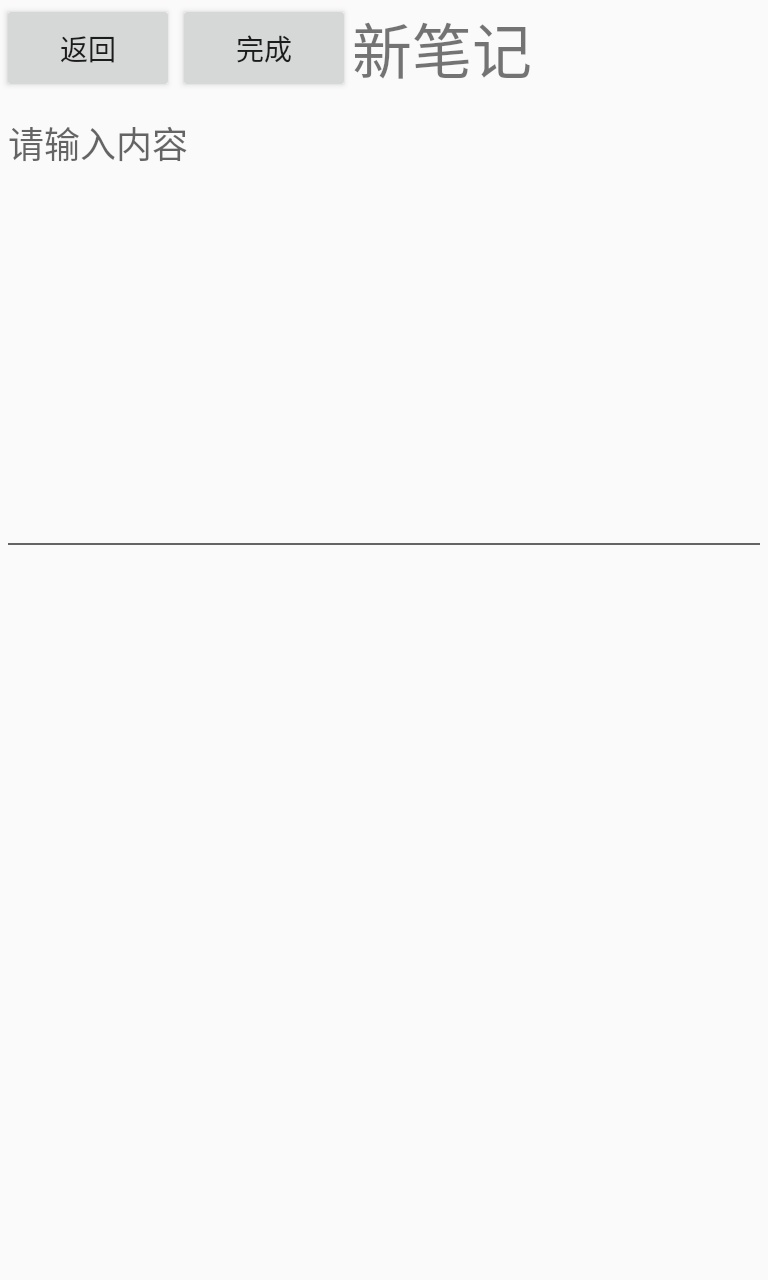
Repository: mxfpaul/Test
Layout: Note/MyNote2/res/layout/newnote.xml
These files come from the project's save history. The layout is drawn as it stood at one moment and after the next save; the edit follows.
It is drawn on a 768 x 1280 px phone screen (xhdpi) without system bars, with theme AppTheme; the app's code is not run.

Above is the layout before, as saved 2014-11-22 03:08:50.

### Note/MyNote2/res/layout/newnote.xml
<?xml version="1.0" encoding="utf-8"?>
<LinearLayout xmlns:android="http://schemas.android.com/apk/res/android"
    android:layout_width="match_parent"
    android:layout_height="wrap_content"
    android:orientation="vertical" >

    <LinearLayout
        android:layout_width="match_parent"
        android:layout_height="wrap_content"
        android:orientation="horizontal"
        >
        <Button
		    android:id="@+id/new_button_setting"
		    android:layout_width="wrap_content"
		    android:layout_height="wrap_content"
		    android:text="@string/new_button_text1" />

        <Button
            android:id="@+id/new_button_new"
            android:layout_width="wrap_content"
            android:layout_height="wrap_content"
            android:text="@string/new_button_text2" />

        <TextView
            android:id="@+id/new_textview_all"
            android:layout_width="wrap_content"
            android:layout_height="wrap_content"
            android:layout_gravity="center"
            android:text="@string/new_textview_text"
            android:textSize="30sp" />

    </LinearLayout>


        <EditText
            android:id="@+id/new_edittext_content"
            android:layout_width="match_parent"
            android:layout_height="wrap_content"
            android:ems="10"
            android:gravity="top"
            android:hint="@string/new_edittext_text"
            android:lines="10" />

</LinearLayout>

### Note/MyNote2/res/values/strings.xml
<?xml version="1.0" encoding="utf-8"?>
<resources>

    <string name="app_name">MyNote2</string>
    <string name="hello_world">Hello world!</string>
    <string name="action_settings">Settings</string>
    <string name="home_button_text1">设置</string>
    <string name="home_button_text2">新建</string>
    <string name="home_textview_text">全部笔记</string>
    <string name="new_button_text1">返回</string>
    <string name="new_button_text2">完成</string>
    <string name="new_textview_text">新笔记</string>
    <string name="view_button_text1">返回</string>
    <string name="view_button_text2">更改</string>
    <string name="view_textview_text">待录入</string>
    <string name="new_edittext_text">请输入内容</string>

</resources>

Loaded but not shown: Note/MyNote2/res/values/styles.xml (common file); Note/MyNote2/res/values-v11/styles.xml (common file); Note/MyNote2/res/values-v14/styles.xml (common file)

After the next save:
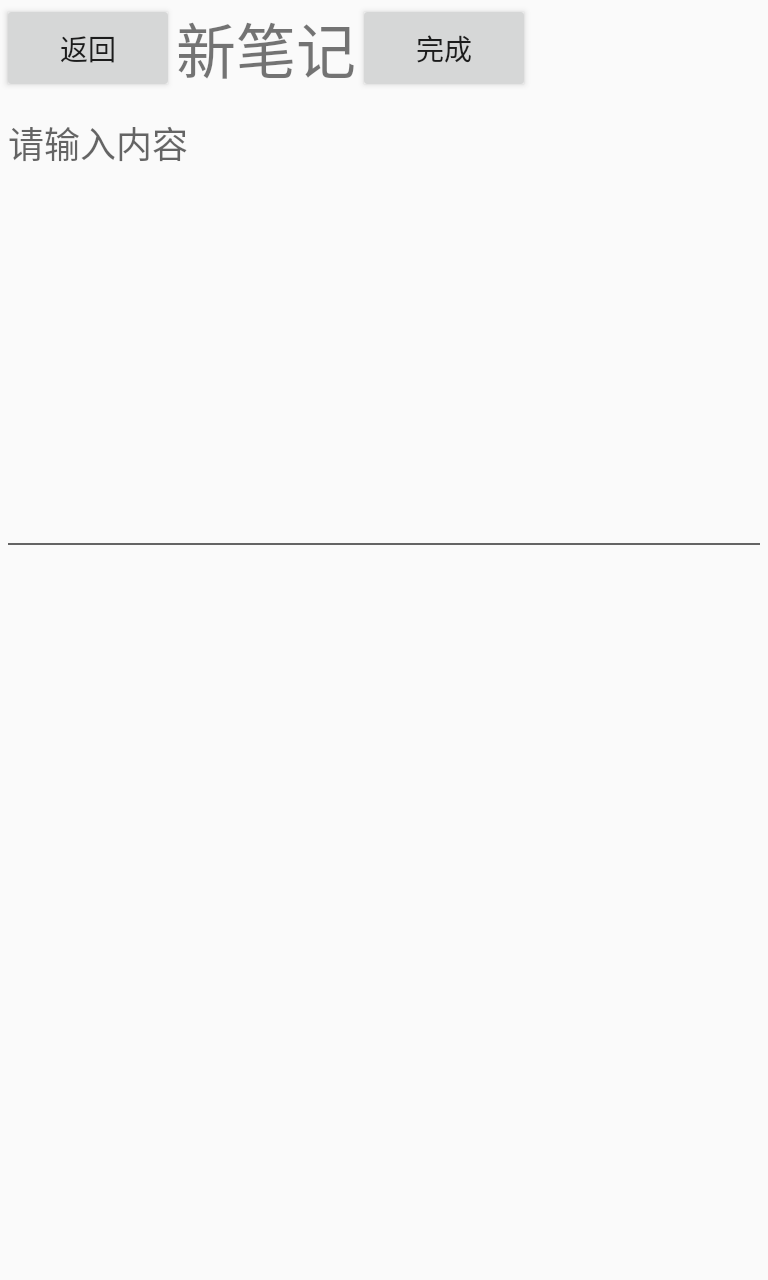
Saved 12 s later.
--- a/Note/MyNote2/res/layout/newnote.xml
+++ b/Note/MyNote2/res/layout/newnote.xml
@@ -15,19 +15,21 @@
 		    android:layout_height="wrap_content"
 		    android:text="@string/new_button_text1" />
 
+         <TextView
+            android:id="@+id/new_textview_all"
+            android:layout_width="wrap_content"
+            android:layout_height="wrap_content"
+            android:layout_gravity="center"
+            android:text="@string/new_textview_text"
+            android:textSize="30sp" />
+
         <Button
             android:id="@+id/new_button_new"
             android:layout_width="wrap_content"
             android:layout_height="wrap_content"
             android:text="@string/new_button_text2" />
 
-        <TextView
-            android:id="@+id/new_textview_all"
-            android:layout_width="wrap_content"
-            android:layout_height="wrap_content"
-            android:layout_gravity="center"
-            android:text="@string/new_textview_text"
-            android:textSize="30sp" />
+
 
     </LinearLayout>
 
